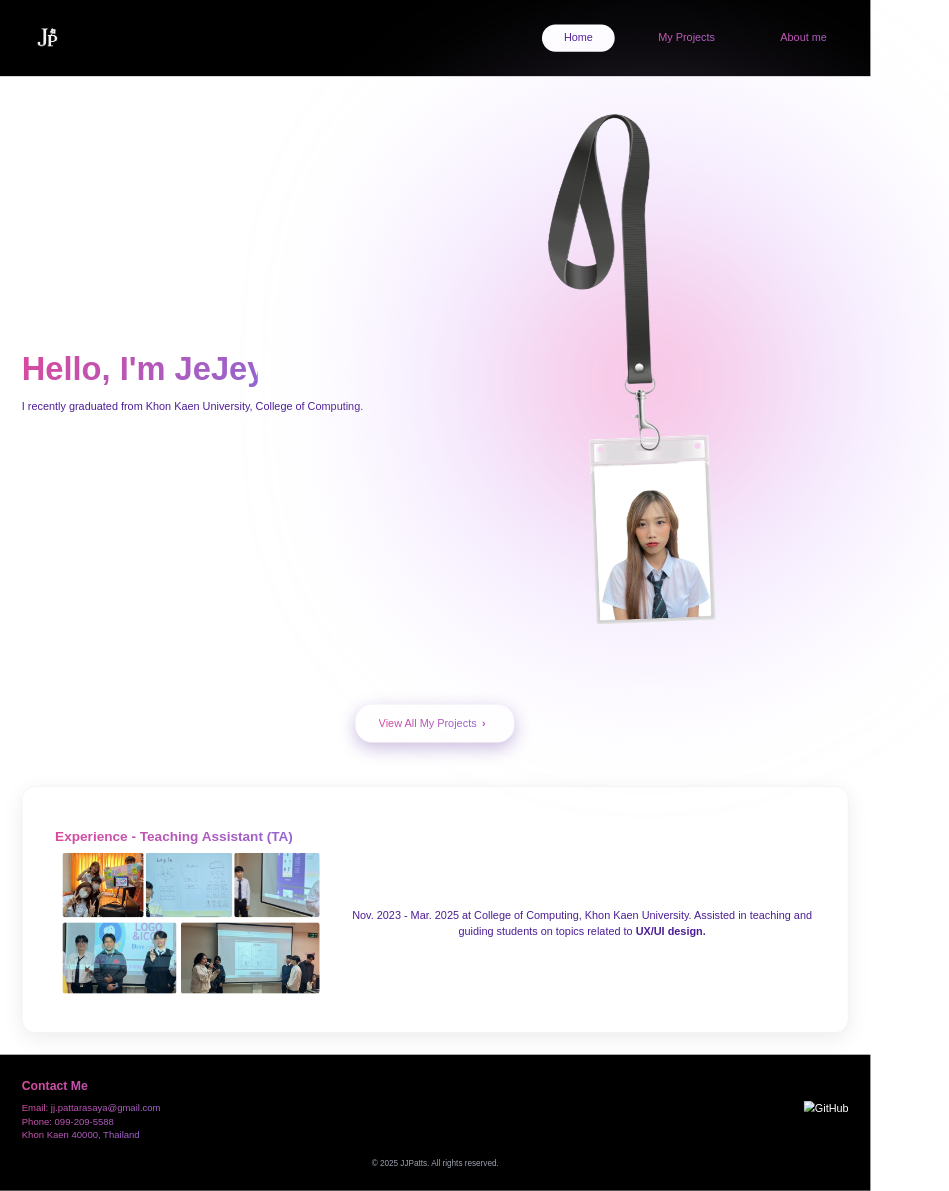
Repository: PattarasayaJJ/Portfolio-jjpatts
Page: /
An editor plug-in stored every save of this project. The page is shown before and after the next save, followed by the edit.
The browser window is 1280 px wide. The page is 1396 px wide, so the pictures cover 1396 px, including what lies to the right of the window. The pictures show the whole page, at 68% of full size.
The project was rebuilt for these pictures with package versions that can differ from the ones it lists, and the page was loaded fresh each time. Also part of the build but not shown: vite.config.js, vite.config.ts, src/header.css, src/components/Works.jsx, src/components/Aboutme.jsx.

Above is the page before, as saved 2025-08-03 23:42:41.

### index.html
<!doctype html>
<html lang="en">
  <head>
    <meta charset="UTF-8" />
    <link rel="icon" type="image/svg+xml" href="/JPtab.png" />
    <meta name="viewport" content="width=device-width, initial-scale=1.0" />
    <title>JJPatts Portfolio</title>
  </head>
  <body>
    <div id="root"></div>
    <script type="module" src="/src/index.jsx"></script>
  </body>
</html>

### src/index.css
@import 'tailwindcss/base';
@import 'tailwindcss/components';
@import 'tailwindcss/utilities';
@import url('https://fonts.googleapis.com/css2?family=Kanit:wght@400;700&display=swap');

*{
   font-family: 'Kanit', sans-serif;

}

### src/App.jsx
import React from 'react';
import { BrowserRouter as Router, Routes, Route } from 'react-router-dom';
import { Header } from './components/Header';
import { Hero } from './components/Hero';
import { Works } from './components/Works';
import { Aboutme } from './components/Aboutme' ;
import { Footer } from './components/Footer';
export function App() {
  return (
    <Router>
      <div className="w-full min-h-screen bg-white">
        <Header />
        <main className="w-full">
          <Routes>
            <Route path="/" element={<><Hero /> </>} />
            <Route path="/works" element={<><Works /></>}/>
            <Route path="/aboutme" element={<Aboutme />} />


          </Routes>
        </main>
        <Footer />

      </div>
    </Router>
  );
}

### src/components/Header.jsx
import React, { useState } from 'react';
import { Link, useLocation } from 'react-router-dom';
import { MenuIcon, XIcon } from 'lucide-react';
import '../header.css';

export function Header() {
  const [isMenuOpen, setIsMenuOpen] = useState(false);
  const location = useLocation();

  const isActive = (path) => location.pathname === path;

  return (
    <header className="w-full bg-black py-4 px-8 relative">
      <div className="max-w-7xl mx-auto flex justify-between items-center">
        <Link to="/">
          <div className="flex items-center">
            <img src="/JP.png" alt="logo" className="w-20" />
          </div>
        </Link>

        <nav className="hidden md:flex space-x-8">
          <Link
            to="/"
            className={`font-medium px-8 py-2 rounded-full ${
              isActive('/') ? 'bg-white text-purple-600' : 'gradient-text'
            }`}
            style={isActive('/') ? { color: '#4c1d95' } : {}}
          >
            Home
          </Link>
          <Link
            to="/works"
            className={`font-medium px-8 py-2 rounded-full ${
              isActive('/works') ? 'bg-white text-purple-600' : 'gradient-text'
            }`}
            style={isActive('/works') ? { color: '#4c1d95' } : {}}
          >
            My Projects
          </Link>
          <Link
            to="/aboutme"
            className={`font-medium px-8 py-2 rounded-full ${
              isActive('/aboutme') ? 'bg-white text-purple-600' : 'gradient-text'
            }`}
            style={isActive('/aboutme') ? { color: '#4c1d95' } : {}}
          >
            About me
          </Link>
        </nav>

        <button className="md:hidden text-white" onClick={() => setIsMenuOpen(!isMenuOpen)}>
          {isMenuOpen ? <XIcon size={24} /> : <MenuIcon size={24} />}
        </button>
      </div>

      <div
        className={`
          fixed top-0 right-0 w-64 h-full bg-black z-50 transform transition-transform duration-300 ease-in-out
          ${isMenuOpen ? 'translate-x-0' : 'translate-x-full'}
          md:hidden
        `}
      >
        <div className="p-6">
          <button className="text-white mb-8" onClick={() => setIsMenuOpen(false)}>
            <XIcon size={24} />
          </button>
          <nav className="flex flex-col space-y-6">
            <Link
              to="/"
              className={`font-medium px-6 py-2 rounded-full block text-center ${
                isActive('/') ? 'bg-white text-purple-600' : 'gradient-text'
              }`}
              style={isActive('/') ? { color: '#4c1d95' } : {}}
              onClick={() => setIsMenuOpen(false)}
            >
              Home
            </Link>
            <Link
              to="/works"
              className={`font-medium px-6 py-2 rounded-full block text-center ${
                isActive('/works') ? 'bg-white text-purple-600' : 'gradient-text'
              }`}
              style={isActive('/works') ? { color: '#4c1d95' } : {}}
              onClick={() => setIsMenuOpen(false)}
            >
              My Projects
            </Link>
            <Link
              to="/aboutme"
              className={`font-medium px-6 py-2 rounded-full block text-center ${
                isActive('/aboutme') ? 'bg-white text-purple-600' : 'gradient-text'
              }`}
              style={isActive('/aboutme') ? { color: '#4c1d95' } : {}}
              onClick={() => setIsMenuOpen(false)}
            >
              About me
            </Link>
          </nav>
        </div>
      </div>

      {isMenuOpen && (
        <div
          className="fixed inset-0 bg-black bg-opacity-50 z-40 md:hidden"
          onClick={() => setIsMenuOpen(false)}
        />
      )}
    </header>
  );
}

### src/components/Hero.jsx
import React from 'react';
import '../hero.css';
import { Link } from 'react-router-dom';

export const Hero = () => {
  return (
    <>
      <section className="hero-section">
        <div className="hero-container">
          <div className="hero-left">
            <div className="hero-text-box">
              <span className="hero-name typing gradient-text">Hello, I'm JeJey.</span>
              <p className="hero-quote">
                I recently graduated from Khon Kaen University, College of Computing.
              </p>
            </div>


          </div>

          <div className="hero-left">
            <div className="hero-image-wrapper">
              <img
                src="/card1.png"
                alt="Portfolio character illustration"
                className="hero-main-image"
              />
            </div>
          </div>
        </div>

         <Link
              to="/works"
              className="moreproject"
              onClick={() => window.scrollTo({ top: 0, behavior: 'instant' })}
            >
              <span className="gradient-text">View All My Projects</span>
              <span className="arrow-icon gradient-text">›</span>
            </Link>
      </section>

      <section className="hero-section">
        <div className="final-project-card-ex">

           <div className="project-title-container">
    <div className="project-title-text">Experience - Teaching Assistant (TA)</div>
  </div>


          <div className="final-project-content">
            <div className="final">
              <img
                src="/ta.png"
                alt="TA Presentation"
                className="bottom-image"
              />
            </div>
            <p className="bottom-caption">
              Nov. 2023 - Mar. 2025 at College of Computing, Khon Kaen University.
              Assisted in teaching and guiding students on topics related to{' '}
              <span className="uxui">UX/UI design.</span>
            </p>
          </div>
        </div>
      </section>
    </>
  );
};

### src/components/Footer.jsx
import React from 'react';

export function Footer() {
  return (
    <footer className="w-full bg-black text-white py-8 px-8">
  <div className="max-w-7xl mx-auto flex flex-col md:flex-row justify-between items-center space-y-6 md:space-y-0">

        <div className="text-center md:text-left gradient-text ">
          <h2 className="text-lg font-semibold">Contact Me</h2>
          <p className="text-sm mt-2">Email: jj.pattarasaya@gmail.com</p>
          <p className="text-sm">Phone: 099-209-5588</p>
          <p className="text-sm">Khon Kaen 40000, Thailand</p>

        </div>

        <div className="flex space-x-4 ">
        <a href="https://github.com/PattarasayaJJ" target="_blank" rel="noopener noreferrer">
        <img src="https://github.githubassets.com/favicons/favicon.png" alt="GitHub" />

  </a>

        </div>
      </div>

      <div className="text-center text-xs text-gray-400 mt-6 ">
        © {new Date().getFullYear()} JJPatts. All rights reserved.
      </div>
    </footer>
  );
}

### src/work.css
.projects-section {
  width: 100%;
  max-width: 1200px;
  margin: 0 auto;
  padding: 2rem 1rem;
  background-color: #ffffff;
}

.projects-container {
  max-width: 80rem;
  margin: 0 auto;
  display: flex;
  flex-direction: column;
  gap: 2rem;
}

.breadcrumb {
  margin-bottom: 2rem;
  font-size: 0.9rem;
  color: #666;
}

.breadcrumb-link {
  color: #666;
  text-decoration: none;
}

.breadcrumb-link:hover {
  color: #333;
}

.breadcrumb-separator {
  margin: 0 0.5rem;
}

.breadcrumb-current {
  color: #333;
  font-weight: 500;
}

.project-title-text {
  margin-top: 10px;
  background: linear-gradient(135deg, #DD489B, #9067D3);
  -webkit-background-clip: text;
  -webkit-text-fill-color: transparent;
  background-clip: text;
  display: inline-block;
  font-size: 1.25rem;
  font-weight: bold;
}

/* Project Card */
.project-card {
  background: #ffffff;
  border-radius: 20px;
  padding: 3rem;
  box-shadow: 0 8px 32px rgba(0, 0, 0, 0.08);
  border: 1px solid #f0f0f0;
  display: flex;
  flex-direction: column;
  gap: 2rem;
}

/* Project Images */
.project-images {
  display: flex;
  justify-content: center;
  gap: 2rem;
  margin-bottom: 1rem;
}

.project-images.single {
  justify-content: center;
}

/* Updated: Uniform image sizing */
.project-image {
  width: 400px;
  height: 300px;
  object-fit: contain;
  border-radius: 12px;
  box-shadow: 0 8px 24px rgba(0, 0, 0, 0.12);
  transition: transform 0.3s ease, box-shadow 0.3s ease;
}

.project-image:hover {
  transform: translateY(-4px);
  box-shadow: 0 12px 32px rgba(0, 0, 0, 0.16);
}

/* Project Content */
.project-content {
  display: flex;
  flex-direction: column;
  gap: 1rem;
}

.project-name {
  font-size: 1rem;
  line-height: 1.6;
  color: #4c1d95;
  margin: 0;
  text-align: left;
  width: 100%;
}

.highlight {
  font-weight: 700;
  color: #4c1d95;
}

/* Skills List */
.skills-list {
  display: flex;
  flex-wrap: wrap;
  gap: 0.75rem;
  margin-top: 1rem;
}

.skill-tag {
  background: linear-gradient(135deg, #e5d4ff, #f3e8ff);
  color: #6b46c1;
  padding: 0.5rem 1rem;
  border-radius: 20px;
  font-size: 0.875rem;
  font-weight: 500;
  border: 1px solid #e5d4ff;
  transition: all 0.3s ease;
}

.skill-tag:hover {
  background: linear-gradient(135deg, #ddd6fe, #e5d4ff);
  transform: translateY(-2px);
  box-shadow: 0 4px 12px rgba(107, 70, 193, 0.2);
}

/* Responsive Design */
@media (max-width: 1024px) {
  .project-images {
    gap: 1.5rem;
  }

  .project-image {
    width: 350px;
    height: 250px;
    object-fit: contain;
  }
}

@media (max-width: 768px) {
  .projects-section {
    padding: 1.5rem 1rem;
  }

  .project-card {
    padding: 2rem 1.5rem;
  }

  .project-images {
    flex-direction: column;
    align-items: center;
    gap: 1.5rem;
  }

  .project-image {
    width: 100%;
    max-width: 400px;
    height: 250px;
    object-fit: contain;
  }

  .project-title {
    font-size: 1.5rem;
  }

  .project-name {
    font-size: 1.1rem;
    text-align: left;
  }

  .skills-list {
    justify-content: flex-start;
  }
}

@media (max-width: 480px) {
  .project-card {
    padding: 1.5rem 1rem;
  }

  .project-name {
    font-size: 1rem;
  }

  .skill-tag {
    font-size: 0.75rem;
    padding: 0.4rem 0.8rem;
  }

  .project-image {
    width: 100%;
    max-width: 350px;
    height: 200px;
    object-fit: contain;
  }
}

### src/aboutme.css
.about-container {
  max-width: 1200px;
  margin: 0 auto;
  padding: 2rem 1rem;
  background-color: #ffffff;
}

.breadcrumb {
  margin-bottom: 1rem;
  font-size: 1rem;
  color: #4B5563;
  display: flex;
  align-items: center;
}

.breadcrumb-link {
  color: #4B5563;
  text-decoration: none;
}

.breadcrumb-link:hover {
  text-decoration: underline;
}


.breadcrumb-separator {
  margin: 0 0.5rem;
}

.breadcrumb-current {
  font-weight: bold;
  color: #4c1d95;
}

.about-content {
  display: grid;
  grid-template-columns: 1fr 2fr;
  gap: 3rem;
  align-items: start;
}

.profile-section {
  display: flex;
  flex-direction: column;
  gap: 2rem;
}

.profile-card {
  background: #ffffff;
  border-radius: 20px;
  padding: 1rem;
  box-shadow: 0 8px 32px rgba(0, 0, 0, 0.08);
  border: 1px solid #f0f0f0;
  text-align: center;
}

.avatar-container {
  display: flex;
  flex-direction: column;
  align-items: center;
}

.avatar-wrapper {
  width: 200px;
  height: 200px;
  transition: transform 0.3s ease;
}

.avatar-wrapper:hover {
  transform: scale(1.05);
}

.avatar-img {
  width: 100%;
  height: 100%;
  object-fit: contain;
}

.profile-name {
  font-size: 1.5rem;
  color: #4c1d95;
  margin: 0;
}

.profile-title {
  font-size: 1rem;
  color: #6b46c1;
  margin: 0;
}

.email {
  font-size: 1rem;
  color: #6b7280;
  margin-bottom: 10px;
}

.social-icons {
  display: flex;
  justify-content: center;
  gap: 1rem;
}

.social-link {
  display: flex;
  align-items: center;
  justify-content: center;
  width: 40px;
  height: 40px;
  box-shadow: 0 8px 32px rgba(0, 0, 0, 0.08);
  border-radius: 50%;
  transition: all 0.3s ease;
}

.social-link:hover {
  transform: translateY(-2px);
  box-shadow: 0 4px 12px rgba(107, 70, 193, 0.3);
}

.social-icons img {
  width: 20px;
  height: 20px;
}

.education-card {
  background: #ffffff;
  border-radius: 20px;
  padding: 2rem;
  box-shadow: 0 8px 32px rgba(0, 0, 0, 0.08);
  border: 1px solid #f0f0f0;
}

.education-content {
  margin-top: 1rem;
}

.degree {
  font-size: 1rem;
  color: #4c1d95;
  margin: 0 0 0.5rem 0;
}

.university {
  font-size: 1rem;
  color: #4c1d95;
  margin: 0 0 0.25rem 0;
}

.graduation {
  font-size: 0.9rem;
  color: #6b7280;
  margin: 0;
}

.skills-section {
  display: flex;
  flex-direction: column;
}

.skills-grid {
  display: grid;
  grid-template-columns: 1fr;
  gap: 2rem;
}

.skill-category {
  background: #ffffff;
  border-radius: 20px;
  padding: 2rem;
  box-shadow: 0 8px 32px rgba(0, 0, 0, 0.08);
  border: 1px solid #f0f0f0;
  border-left: 5px solid #ffdff3;
}

.section-title,
.category-title {
  font-size: 1rem;
  margin: 0 0 1.5rem 0;
  display: flex;
  align-items: center;
}

.gradient-text {
  background: linear-gradient(135deg, #DD489B, #9067D3);
  -webkit-background-clip: text;
  -webkit-text-fill-color: transparent;
  background-clip: text;
}

.skills-list {
  display: flex;
  flex-wrap: wrap;
  gap: 0.75rem;
}

.skill-tag {
  background: linear-gradient(135deg, #e5d4ff, #f3e8ff);
  color: #6b46c1;
  padding: 0.5rem 1rem;
  border-radius: 20px;
  font-size: 0.8rem;
  border: 1px solid #e5d4ff;
  transition: all 0.3s ease;
  cursor: default;
}

.skill-tag:hover {
  background: linear-gradient(135deg, #ddd6fe, #e5d4ff);
  transform: translateY(-2px);
  box-shadow: 0 4px 12px rgba(107, 70, 193, 0.2);
}

@media (max-width: 1024px) {
  .about-content {
    grid-template-columns: 1fr;
    gap: 2rem;
  }

  .skills-grid {
    grid-template-columns: repeat(2, 1fr);
  }
}

@media (max-width: 768px) {
  .about-container {
    padding: 1.5rem 1rem;
  }

  .about-content {
    gap: 1.5rem;
  }

  .skills-grid {
    grid-template-columns: 1fr;
    gap: 1.5rem;
  }

  .profile-card,
  .education-card,
  .skill-category {
    padding: 1.5rem;
  }

  .avatar-wrapper {
    width: 150px;
    height: 150px;
  }

  .profile-name {
    font-size: 1.25rem;
  }

  .profile-title {
    font-size: 0.9rem;
  }

  .section-title,
  .category-title {
    font-size: 1.1rem;
  }

  .skill-tag {
    font-size: 0.8rem;
    padding: 0.4rem 0.8rem;
  }
}

@media (max-width: 480px) {

  .profile-card,
  .education-card,
  .skill-category {
    padding: 1.25rem;
  }

  .avatar-wrapper {
    width: 120px;
    height: 120px;
  }

  .profile-name {
    font-size: 1rem;
  }

  .skills-list {
    gap: 0.5rem;
  }

  .skill-tag {
    font-size: 0.75rem;
    padding: 0.35rem 0.7rem;
  }
}

Loaded but not shown: src/index.jsx (common file); tailwind.config.js (common file); src/hero.css (337 lines, source omitted)

After the next save:
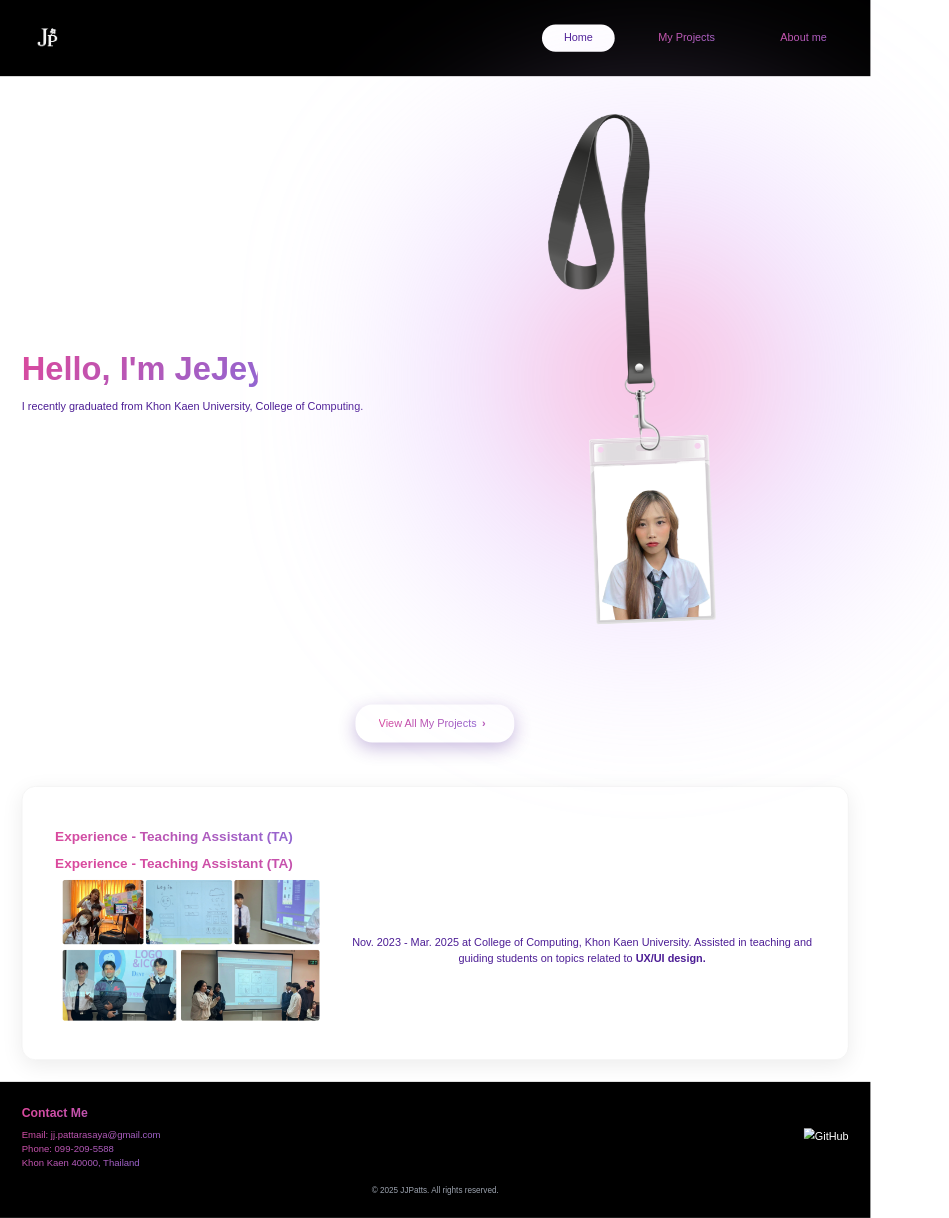
Saved 6 s later.
--- a/src/components/Hero.jsx
+++ b/src/components/Hero.jsx
@@ -45,6 +45,7 @@
            <div className="project-title-container">
     <div className="project-title-text">Experience - Teaching Assistant (TA)</div>
   </div>
+    <div className="project-title-text">Experience - Teaching Assistant (TA)</div>
 
 
           <div className="final-project-content">

After the save that followed:
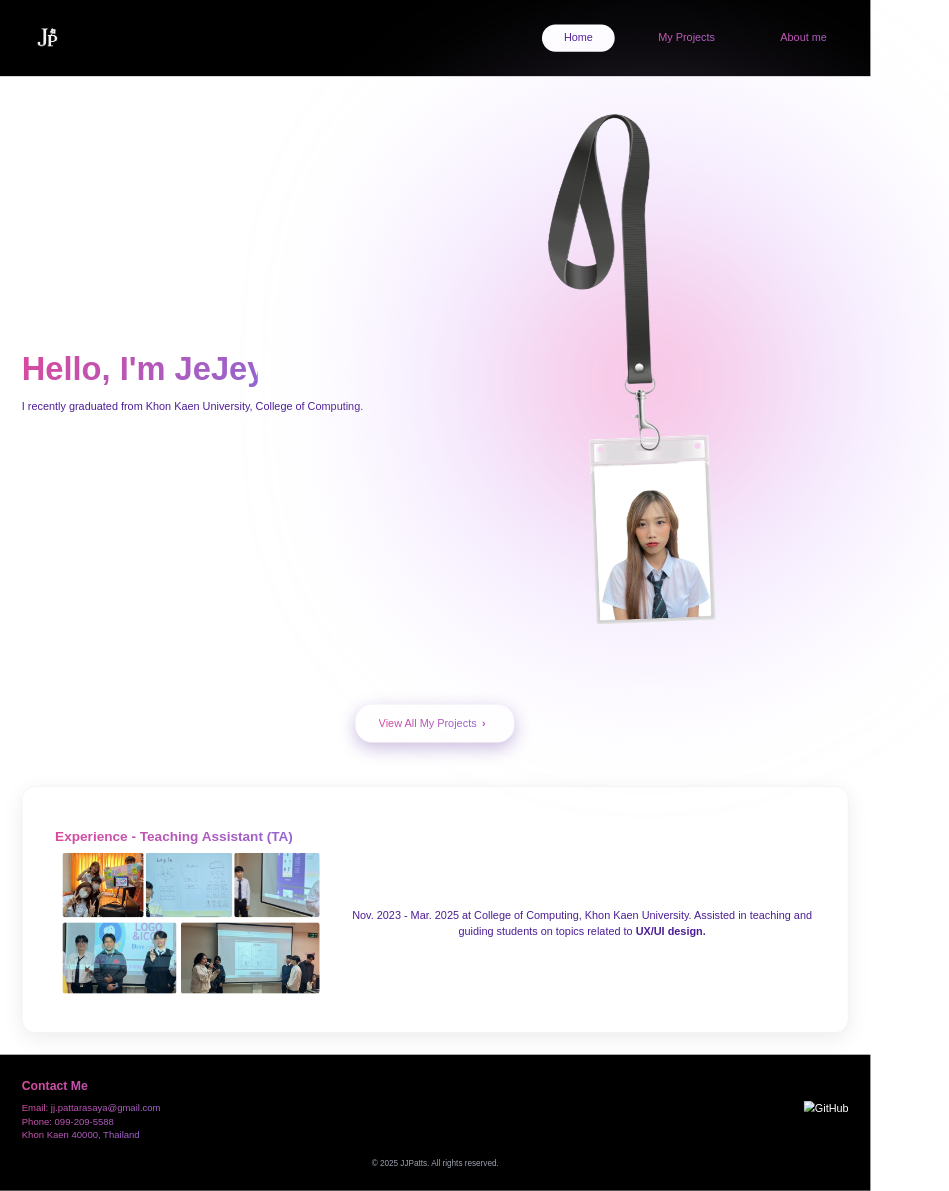
Saved 8 s later.
--- a/src/components/Hero.jsx
+++ b/src/components/Hero.jsx
@@ -45,7 +45,6 @@
            <div className="project-title-container">
     <div className="project-title-text">Experience - Teaching Assistant (TA)</div>
   </div>
-    <div className="project-title-text">Experience - Teaching Assistant (TA)</div>
 
 
           <div className="final-project-content">
